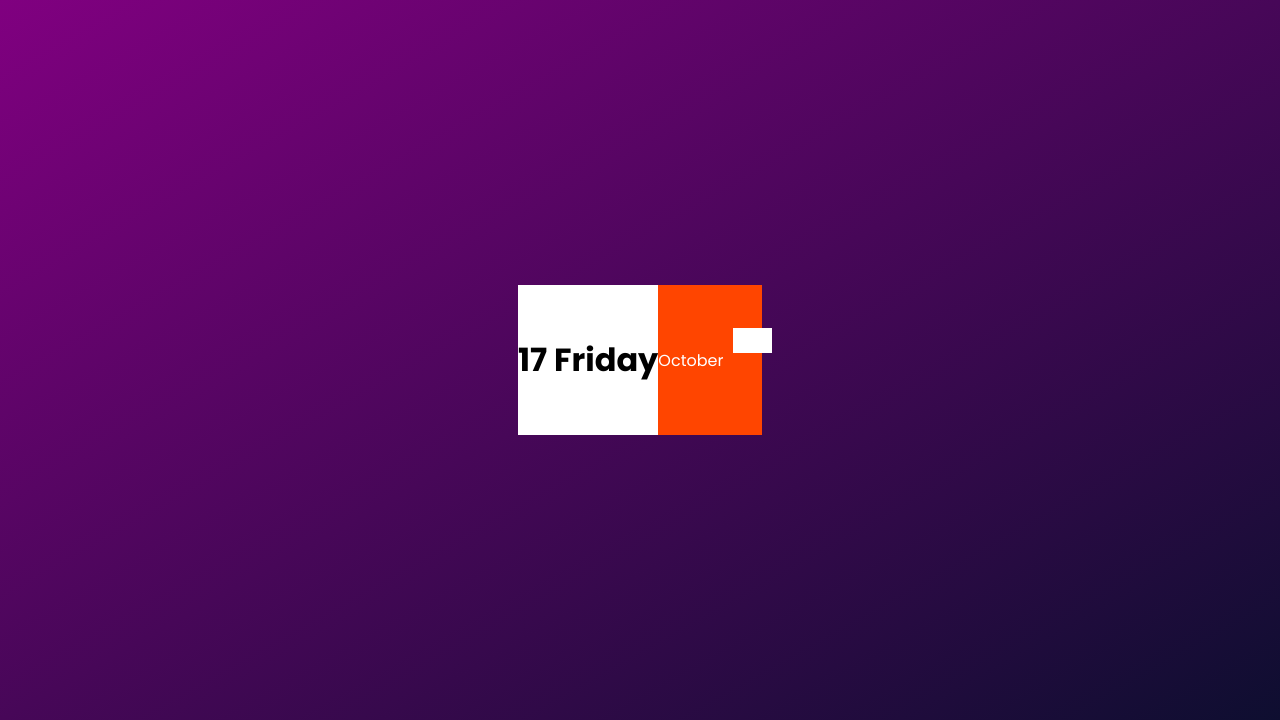
Repository: Ankitkr2021/Calendar
Page: index.html
These files come from the project's save history. The page is drawn as it stood at one moment and after the next save; the edit follows.
The browser window is 1280 px wide. The pictures show the whole page.

Above is the page before, as saved 2025-10-17 19:25:41.

After the next save:
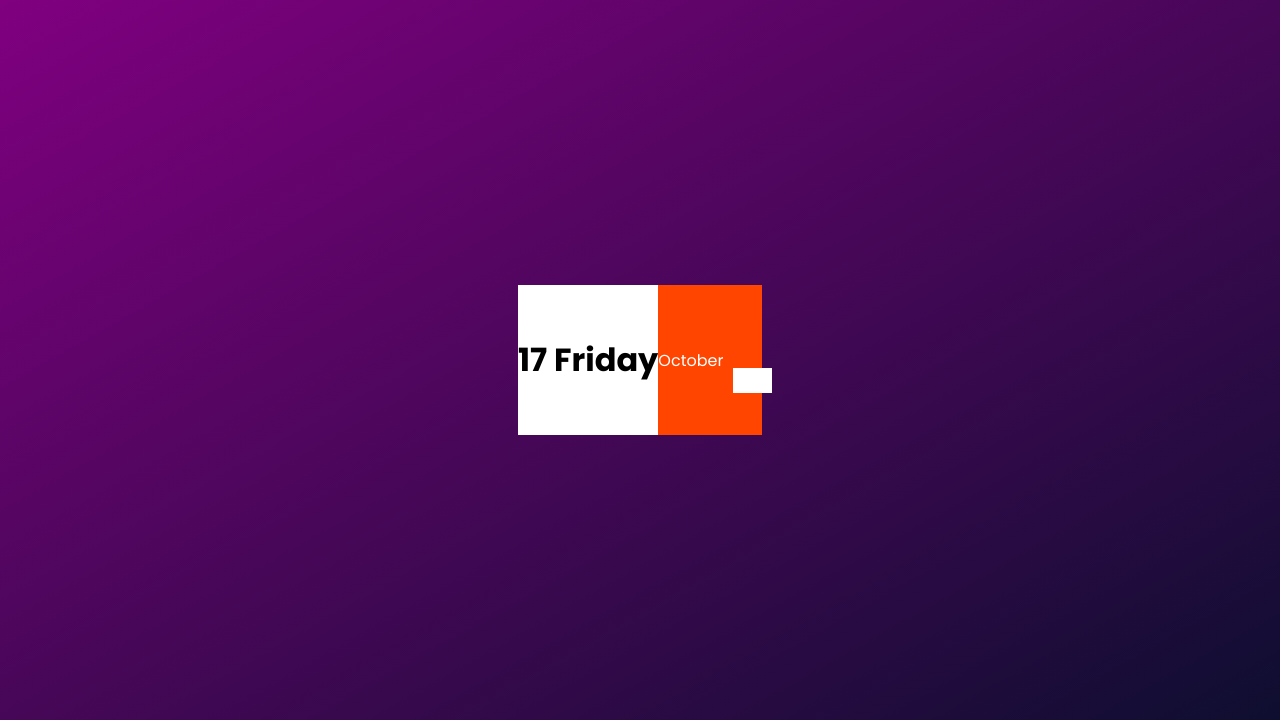
Saved 6 s later.
--- a/style.css
+++ b/style.css
@@ -36,7 +36,7 @@
     background: #fff;
     position: relative;
     left: 10px;
-    bottom: 20px;
+    top: 20px;
 }
 
 .month{
